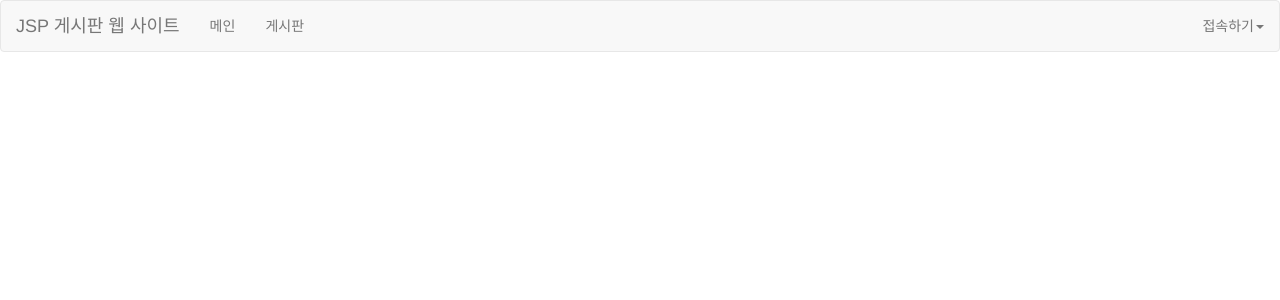
Repository: qqqkjh/JSP
Page: http://localhost/BBS/join.jsp
These files come from the project's save history. The page is drawn as it stood at one moment and after the next save; the edit follows.
The browser window is 1280 px wide. The pictures show the whole page.
Some web libraries are served in a nearby version. The page is served by Tomcat 9.

Above is the page before, as saved 2020-01-08 08:55:37.

After the next save:
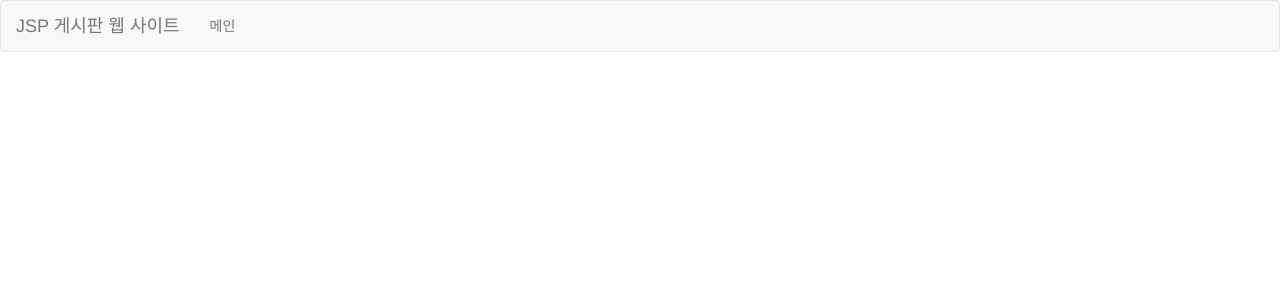
Saved 3 min 1 s later.
--- a/projects/BBS/WebContent/join.jsp
+++ b/projects/BBS/WebContent/join.jsp
@@ -20,17 +20,9 @@
 			</button>
 			<a class="navbar-brand" href="main.jsp">JSP 게시판 웹 사이트</a>
 		</div>
-		<div class= "collapse navbar-collapse" id = "bs-example-navbar-collapse-1">
-			<ul class = "nav navbar-nav">
+		<div class= "collapse navbar-collapse" id ="bs-example-navbar-collapse-1">
+			<ul class="nav navbar-nav">
 				<li><a href="main.jsp">메인</a></li>
-				<li><a href="bbs.jsp">게시판</a></li>
-			</ul>
-			<ul class ="nav navbar-nav navbar-right">
-				<li class="dropdown">
-				<a href="#" class ="dropdown=toggle"
-				data-toggle="dropdown" role="button" aria-haspopup="true"
-				aria-expanded="false">접속하기<span class="caret"></span></a>
-				</li>
 			</ul>
 		</div>
 	</nav>

After the 3 saves that followed:
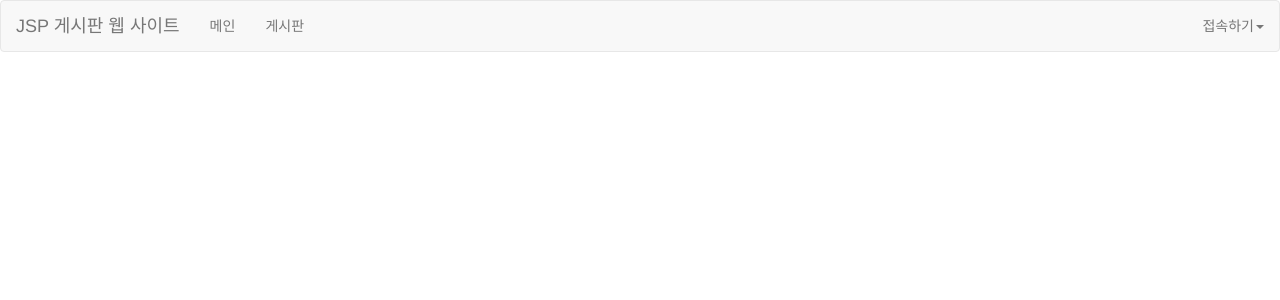
The 3 saves are shown as one change because 2 left the picture as it was.
The last was saved 5 min 25 s later.
--- a/projects/BBS/WebContent/join.jsp
+++ b/projects/BBS/WebContent/join.jsp
@@ -10,10 +10,10 @@
 </head>
 <body>
 	<nav class="navbar navbar-default">
-		<div class = "navbar-header">
-			<button type="button" class="navbar-toggle collapset"
+		<div class="navbar-header">
+			<button type="button" class="navbar-toggle collapsed"
 			data-toggle="collapse" data-target="#bs-example-navbar-collapse-1"
-			aria=expanded="false">
+			aria-expanded="false">
 			<span class="icon-bar"></span> <!-- 네이게이션옆의 네모난버튼의 줄을의미 이경우 3줄-->
 			<span class="icon-bar"></span>
 			<span class="icon-bar"></span>
@@ -23,6 +23,14 @@
 		<div class= "collapse navbar-collapse" id ="bs-example-navbar-collapse-1">
 			<ul class="nav navbar-nav">
 				<li><a href="main.jsp">메인</a></li>
+			<li><a href="bbs.jsp">게시판</a></li>
+			</ul>
+			<ul class ="nav navbar-nav navbar-right">
+				<li class="dropdown">
+				<a href="#" class ="dropdown=toggle"
+				data-toggle="dropdown" role="button" aria-haspopup="true"
+				aria-expanded="false">접속하기<span class="caret"></span></a>
+				</li>
 			</ul>
 		</div>
 	</nav>
